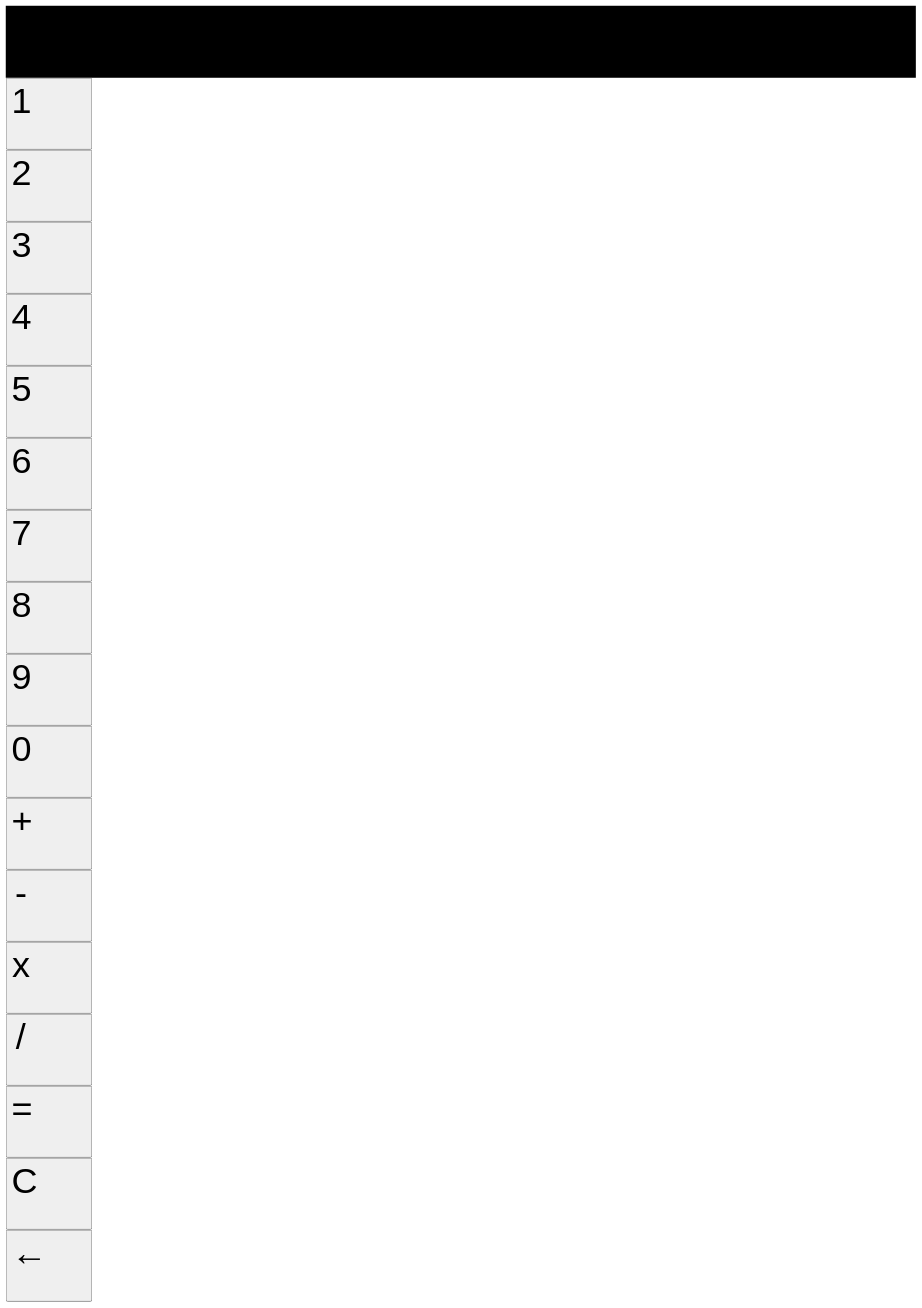
Repository: TEazy2433/LAB-calculator
Page: index.html
These files come from the project's save history. The page is drawn as it stood at one moment and after the next save; the edit follows.
The browser window is 1280 px wide. The pictures show the whole page, at 72% of full size.

Above is the page before, as saved 2023-10-13 17:49:23.

### index.html
<!DOCTYPE html>
<html lang="en">
<head>
  <meta charset="UTF-8">
  <meta name="viewport" content="width=device-width, initial-scale=1.0">
  <title>calculator</title>
  <link rel="stylesheet" href="main.css">
</head>
<body>

  <div class="calculator">
    <div class="display">1</div>
    <div class="buttons">
      <button class="key">1</button>
      <button class="key">2</button>
      <button class="key">3</button>
      <button class="key">4</button>
      <button class="key">5</button>
      <button class="key">6</button>
      <button class="key">7</button>
      <button class="key">8</button>
      <button class="key">9</button>
      <button class="zero">0</button>
      <button class="operator">+</button>
      <button class="operator">-</button>
      <button class="operator">x</button>
      <button class="operator">/</button>
      <button class="operator">=</button>
      <button class="clear">C</button>
      <button class="Arrow">&#8592;</button>



    </div>
  </div>


</body>
</html>

### main.css
.display{
  width: 100%;
  height: 100px;
  background: black;
  flex-wrap: flex;
  border: none;
}
button{
  height: 100px;
  width: 120px;
  font-size: 50px;
  display: grid;
  grid-template-columns: repeat(4, 1fr);
}
operator{
  background-color: yellow;

}

After the next save:
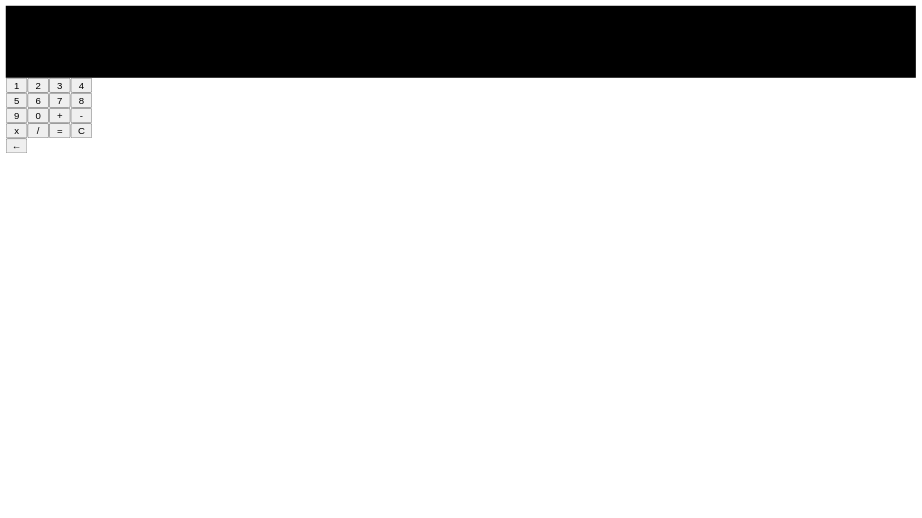
Saved 31 s later.
--- a/main.css
+++ b/main.css
@@ -5,7 +5,7 @@
   flex-wrap: flex;
   border: none;
 }
-button{
+.buttons{
   height: 100px;
   width: 120px;
   font-size: 50px;
